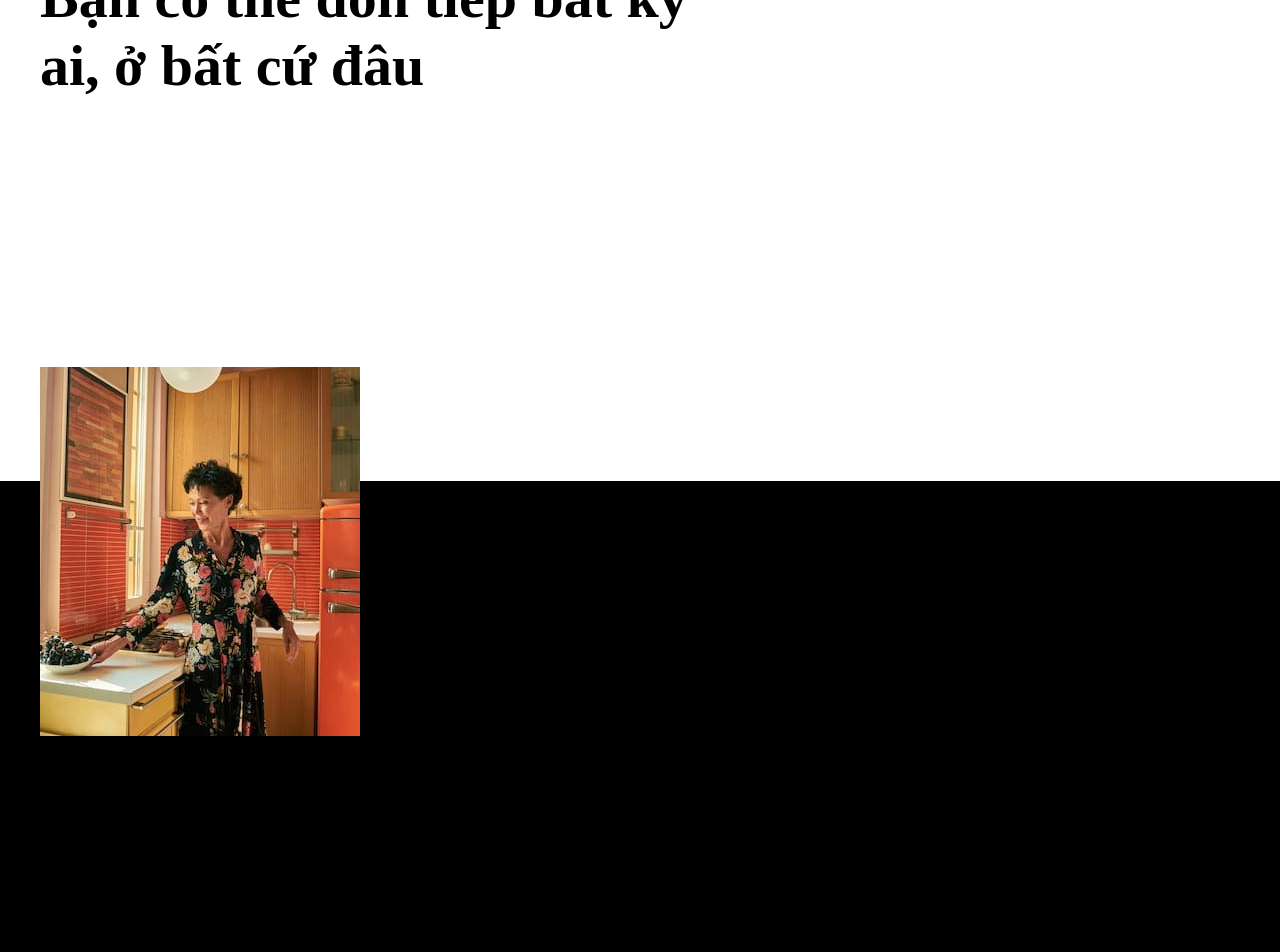
Repository: HoanTiny/AirbnbClone
Page: page3.html
An editor plug-in stored every save of this project. The page is shown before and after the next save, followed by the edit.
The browser window is 1280 px wide. The pictures show the part of the page from y = 807 to 1759 px (the page is 1788 px tall before and 1688 px after).

Above is the page before, as saved 2021-09-13 10:03:26.

After the next save:
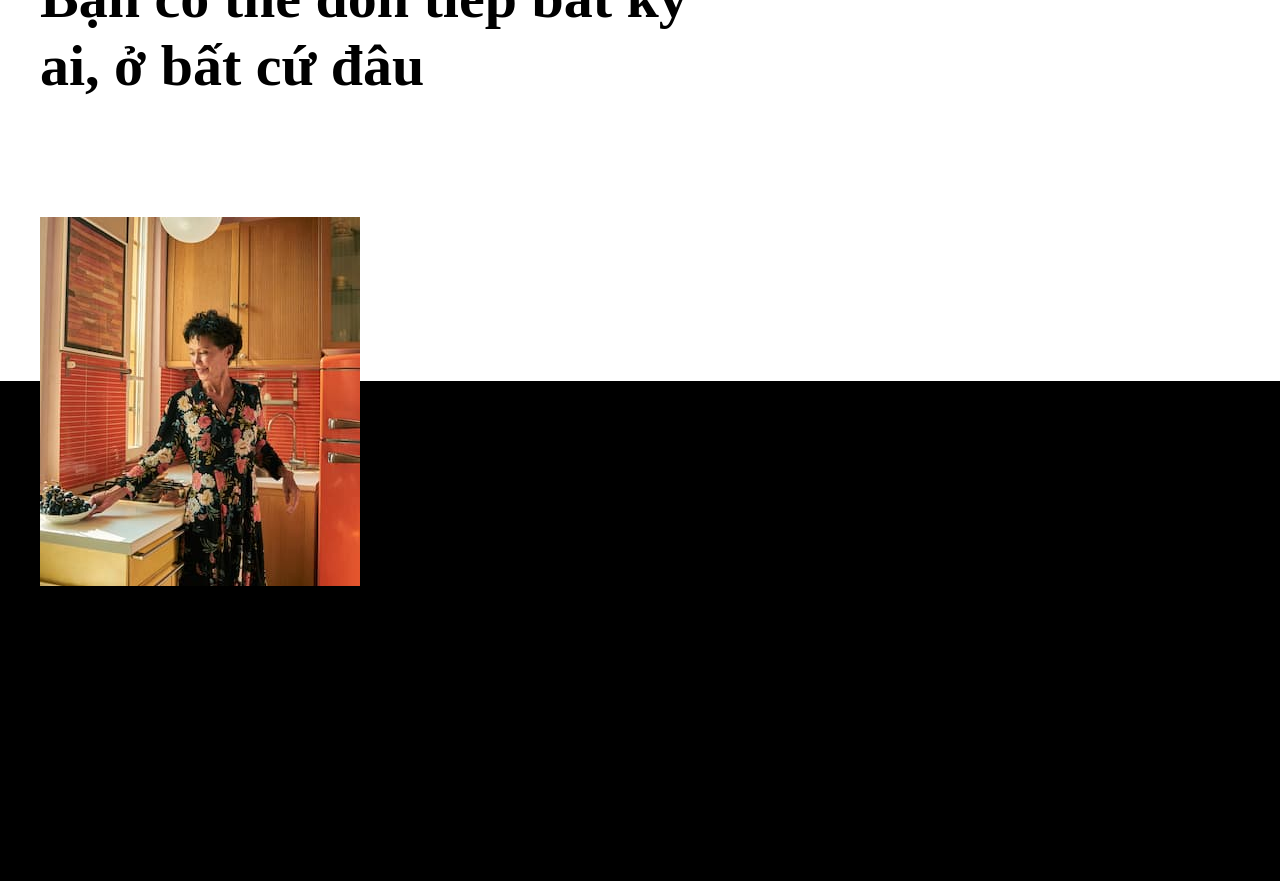
Saved 8 s later.
--- a/acess/css/mainpage3.css
+++ b/acess/css/mainpage3.css
@@ -77,7 +77,7 @@ body {
 
 .content__heading {
     position: relative;
-    height: 520px;
+    height: 420px;
 }
 
 .content__heading-top {
